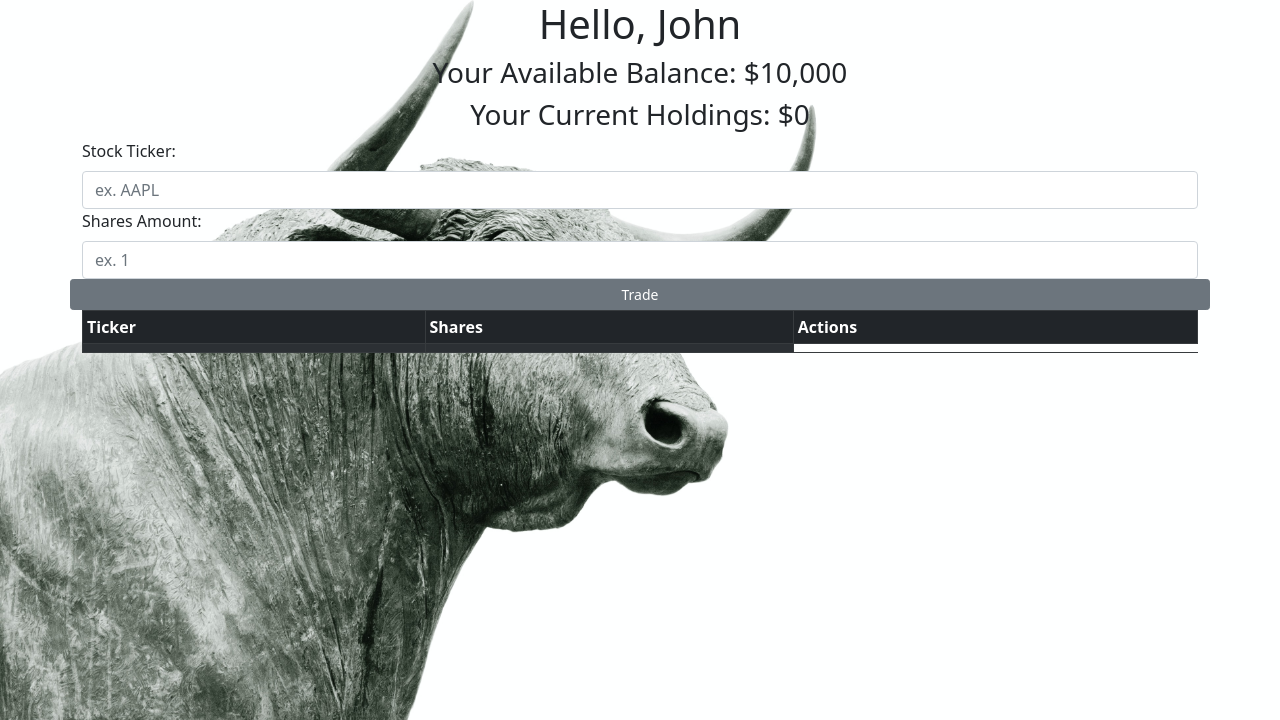
Repository: jmokate/stock-trading-app
Page: /
An editor plug-in stored every save of this project. The page is shown before and after the next save, followed by the edit.
The browser window is 1280 px wide. The pictures show the whole page.
The project was rebuilt for these pictures with package versions that can differ from the ones it lists, and the page was loaded fresh each time. Also part of the build but not shown: src/Signup.js, src/Login.js, src/SplashPage.js.

Above is the page before, as saved 2021-09-18 21:00:42.

After the next save:
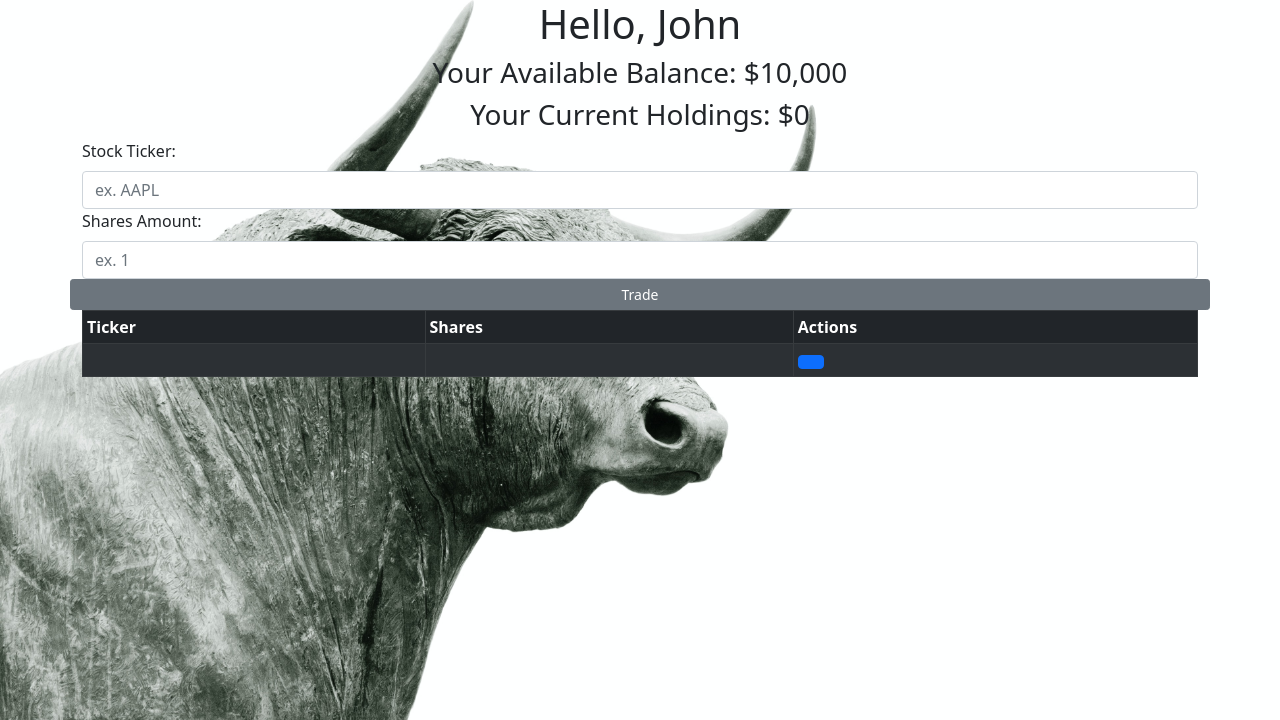
Saved 73 s later.
--- a/src/Dashboard.js
+++ b/src/Dashboard.js
@@ -57,6 +57,7 @@
         <tr>
         <td>{stocks}</td>
         <td>{stockAmount}</td>
+        <td><Button></Button></td>
         </tr>
       </tbody>
     </Table>
